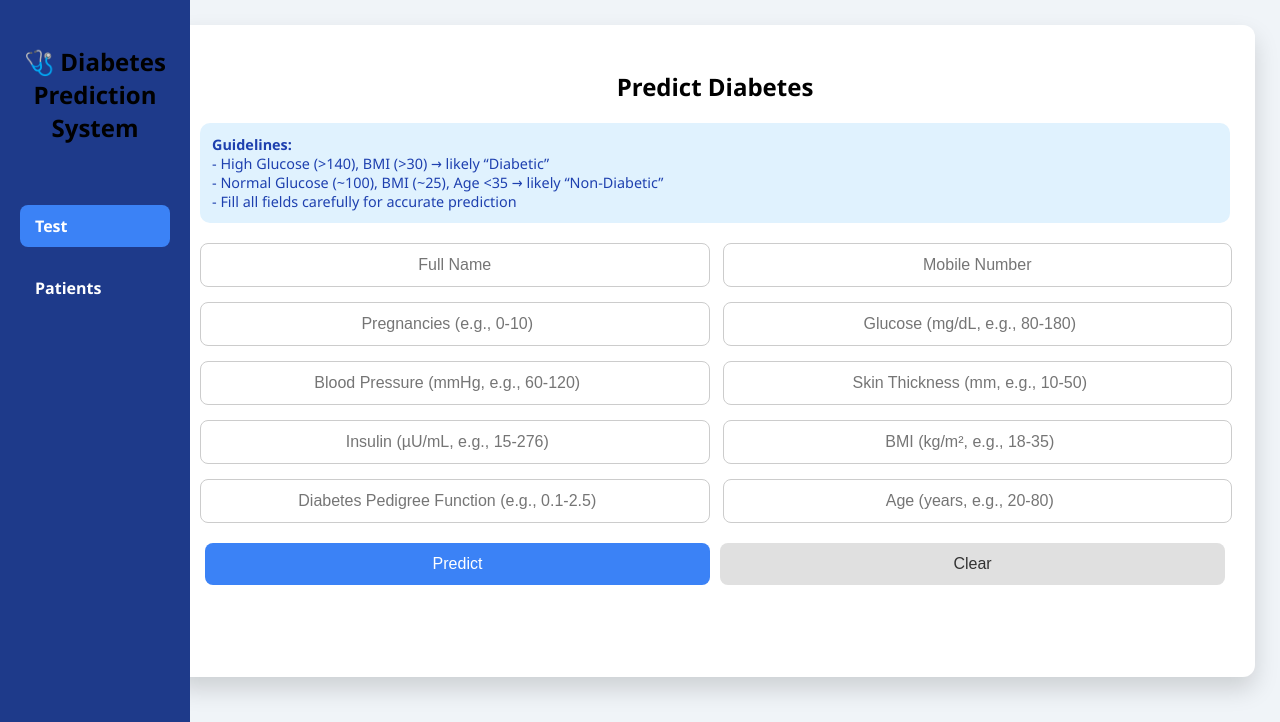
Repository: Aman14150/diabetes-prediction-system
Page: http://localhost/
An editor plug-in stored every save of this project. The page is shown before and after the next save, followed by the edit.
The browser window is 1280 px wide. The pictures show the whole page.
The page is served by the project's application, run on Flask 3 (app.py).

Above is the page before, as saved 2025-10-07 20:14:49.

After the next save:
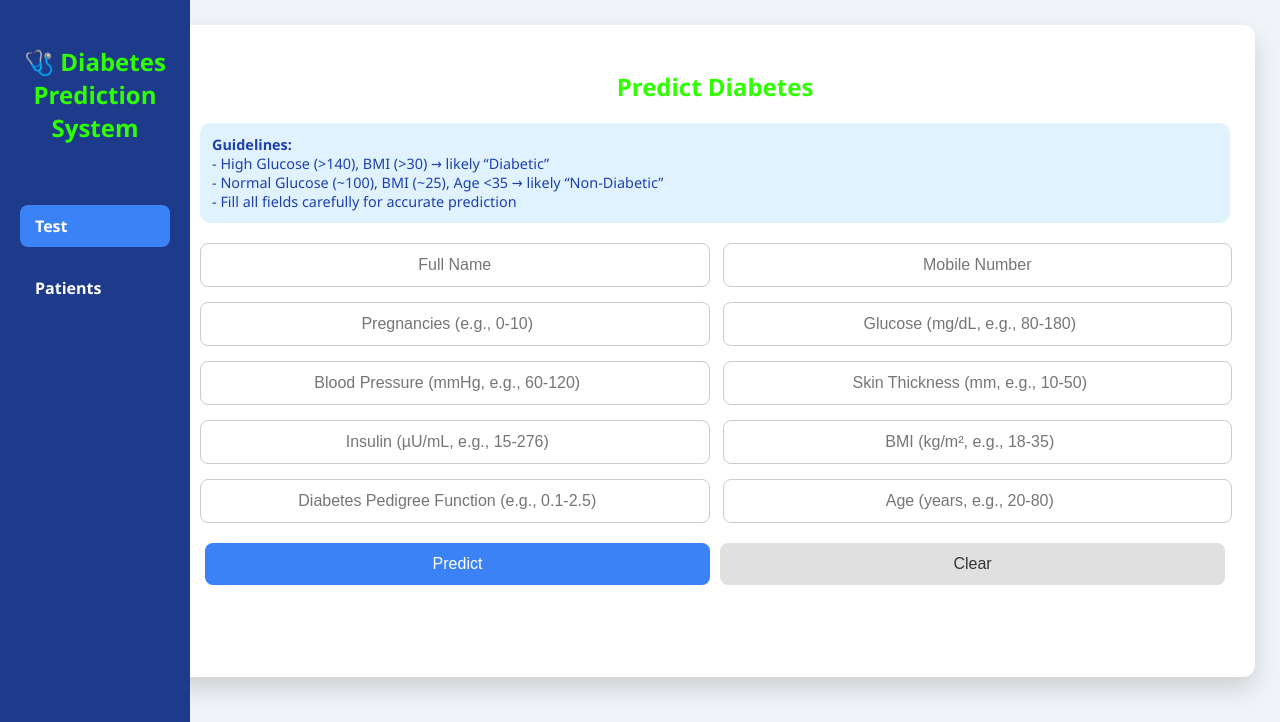
Saved 31 s later.
--- a/static/style.css
+++ b/static/style.css
@@ -72,7 +72,7 @@ body {
 
 h2 {
     text-align: center;
-    color: #000000;
+    color: #2fff00;
 }
 
 .guidelines {
